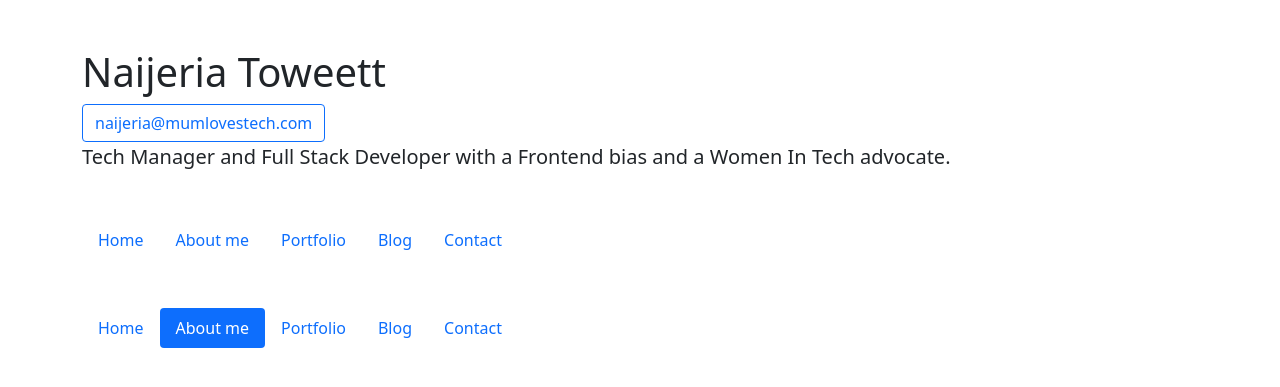
Repository: mamatechafrica/portfolio
Page: about.html
The author's editor kept a copy of each file at every save. The page is drawn from the files as they stood at one save, then again after the next save.
The browser window is 1280 px wide. The pictures show the whole page.

Above is the page before, as saved 2022-01-04 20:17:51.

### about.html
<!doctype html>
<html lang="en">
    <head>
        <!-- Required meta tags -->
        <meta charset="utf-8">
        <meta name="viewport" content="width=device-width, initial-scale=1">

        <!-- Bootstrap CSS -->
        <link href="https://cdn.jsdelivr.net/npm/bootstrap@5.0.2/dist/css/bootstrap.min.css" rel="stylesheet" integrity="sha384-EVSTQN3/azprG1Anm3QDgpJLIm9Nao0Yz1ztcQTwFspd3yD65VohhpuuCOmLASjC" crossorigin="anonymous">

        <title>NashTheCoder portfolio</title>
    </head>
    <body>
        <div class="container my-5">
            <h1>Naijeria Toweett</h1>
            <a href="mailto:naijeria@mumlovestech.com" type="button" class="btn btn-outline-primary">
                naijeria@mumlovestech.com
            </a>
            <p class="lead">
                Tech Manager and Full Stack Developer with a Frontend bias and a Women In Tech advocate.
            </p>
        </div>

        <div class="container">
            <nav>
                <ul class="nav nav-pills ">
                    <li class="nav-item">
                        <a class="nav-link" href="/">Home</a>
                    </li>
                    <li class="nav-item">
                        <a class="nav-link" href="#">About me</a>
                    </li>
                    <li class="nav-item">
                        <a class="nav-link" href="#">Portfolio</a>
                    </li>
                    <li class="nav-item">
                        <a class="nav-link" href="https://mumlovestech.com/" target="blank">Blog</a>
                    </li>
                    <li class="nav-item">
                        <a class="nav-link" href="#">Contact</a>
                    </li>
                </ul>
            </nav>
        </div>



        <div class="container my-5">
            <nav>
                <ul class="nav nav-pills">
                    <li class="nav-item">
                        <a class="nav-link" href="/">Home</a>
                    </li>
                    <li class="nav-item">
                        <a class="nav-link active" aria-current="page" href="/about.html">About me</a>
                    </li>
                    <li class="nav-item">
                        <a class="nav-link" href="#">Portfolio</a>
                    </li>
                    <li class="nav-item">
                        <a class="nav-link" href="https://mumlovestech.com/" target="blank">Blog</a>
                    </li>
                    <li class="nav-item">
                        <a class="nav-link" href="#">Contact</a>
                    </li>
                </ul>
            </nav>
        </div>

        <!-- Optional JavaScript; choose one of the two! -->

        <!-- Option 1: Bootstrap Bundle with Popper -->
        <script src="https://cdn.jsdelivr.net/npm/bootstrap@5.0.2/dist/js/bootstrap.bundle.min.js" integrity="sha384-MrcW6ZMFYlzcLA8Nl+NtUVF0sA7MsXsP1UyJoMp4YLEuNSfAP+JcXn/tWtIaxVXM" crossorigin="anonymous"></script>

        <!-- Option 2: Separate Popper and Bootstrap JS -->
        <!--
        <script src="https://cdn.jsdelivr.net/npm/@popperjs/core@2.9.2/dist/umd/popper.min.js" integrity="sha384-IQsoLXl5PILFhosVNubq5LC7Qb9DXgDA9i+tQ8Zj3iwWAwPtgFTxbJ8NT4GN1R8p" crossorigin="anonymous"></script>
        <script src="https://cdn.jsdelivr.net/npm/bootstrap@5.0.2/dist/js/bootstrap.min.js" integrity="sha384-cVKIPhGWiC2Al4u+LWgxfKTRIcfu0JTxR+EQDz/bgldoEyl4H0zUF0QKbrJ0EcQF" crossorigin="anonymous"></script>
        -->
    </body>
</html>

After the next save:
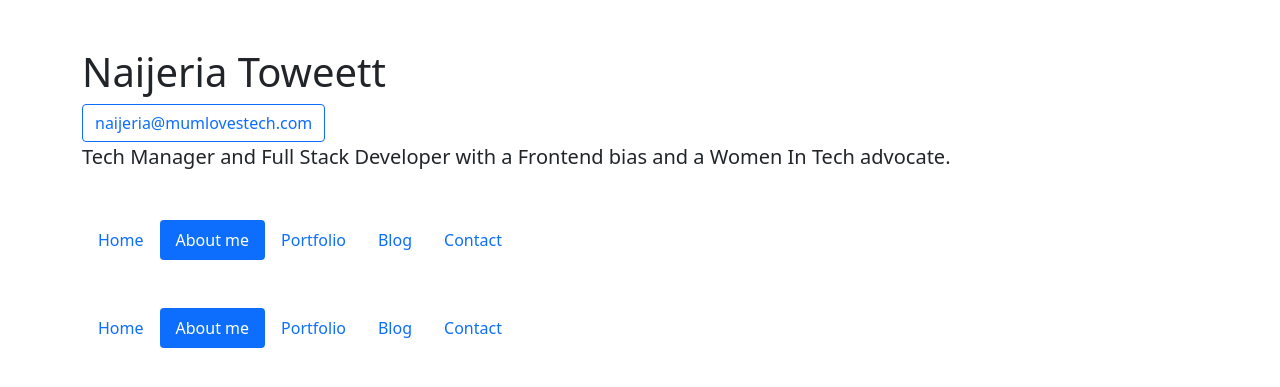
Saved 9 s later.
--- a/about.html
+++ b/about.html
@@ -28,7 +28,7 @@
                         <a class="nav-link" href="/">Home</a>
                     </li>
                     <li class="nav-item">
-                        <a class="nav-link" href="#">About me</a>
+                        <a class="nav-link active" aria-current="page" href="/about.html">About me</a>
                     </li>
                     <li class="nav-item">
                         <a class="nav-link" href="#">Portfolio</a>
